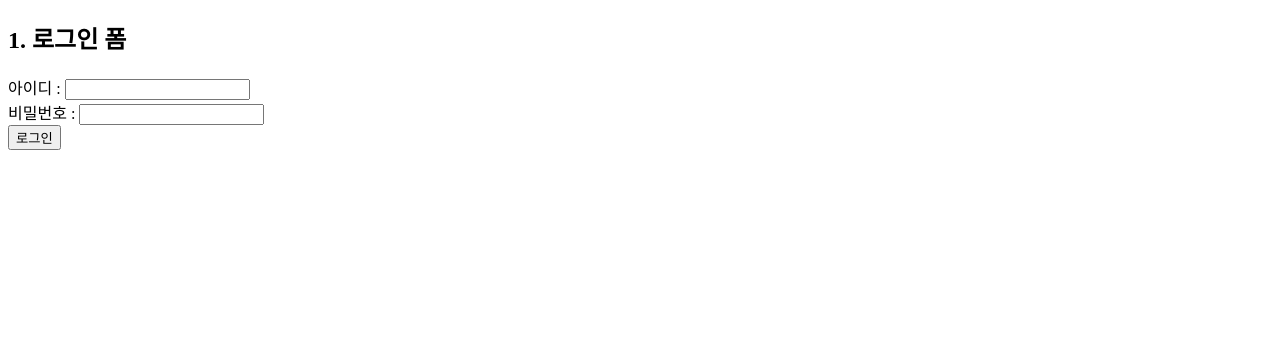
Repository: kimjaewoo2233/JSP_Summary
Page: http://localhost/lec_test/02ImplicitObject/ResponseMain.jsp
These files come from the project's save history. The page is drawn as it stood at one moment and after the next save; the edit follows.
The browser window is 1280 px wide. The pictures show the whole page.
The page is served by Tomcat 9.

Above is the page before, as saved 2022-03-03 07:40:22.

After the next save:
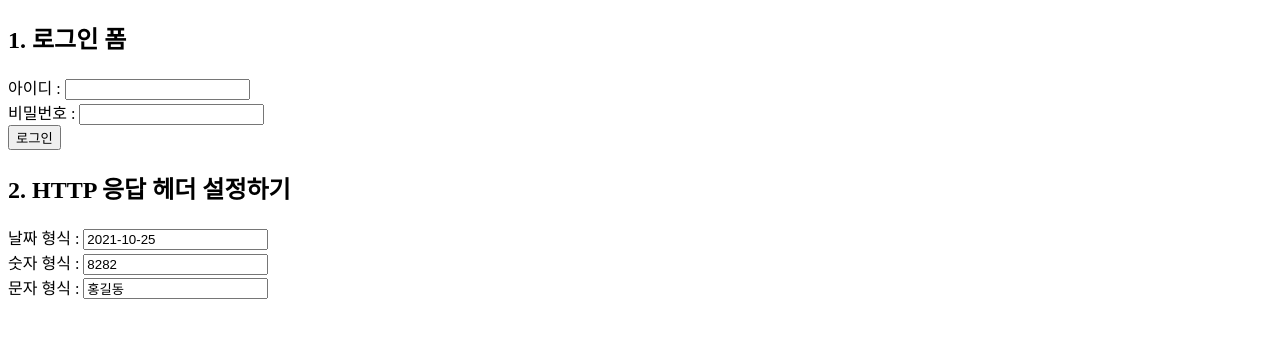
Saved 2 min 21 s later.
--- a/lec_test/src/main/webapp/02ImplicitObject/ResponseMain.jsp
+++ b/lec_test/src/main/webapp/02ImplicitObject/ResponseMain.jsp
@@ -18,6 +18,11 @@
 		비밀번호 : <input type="password" name="password"/><br/>
 		<input type="submit" value="로그인"/>
 	</form>
-
+	<h2>2. HTTP 응답 헤더 설정하기</h2>
+	<form action = "./ResponseHeader.jsp" method="get">
+		 날짜 형식 : <input type="text" name="add_date" value="2021-10-25"/><br/>
+		 숫자 형식 : <input type="text" name="add_int" value="8282"/><br/>
+		 문자 형식 : <input type="text" name="add_str" value="홍길동"/><br/>
+	</form>
 </body>
 </html>
